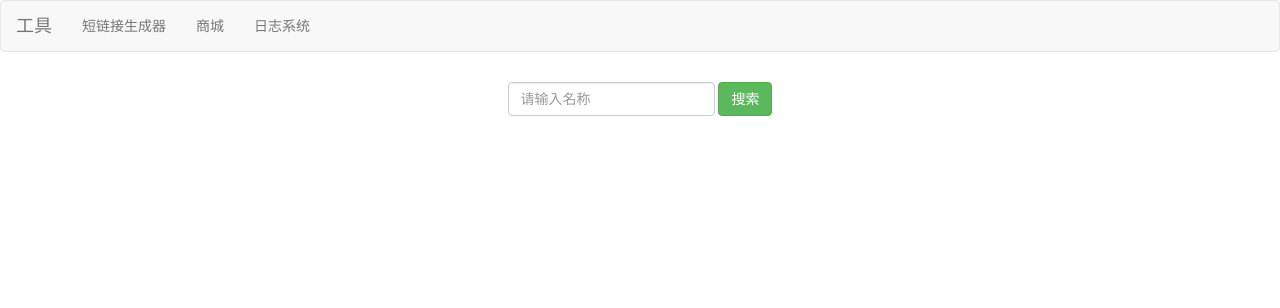
Repository: gwjczwy/CTF-Exercises
Page: http://localhost/tools/
An editor plug-in stored every save of this project. The page is shown before and after the next save, followed by the edit.
The browser window is 1280 px wide. The pictures show the whole page.
The page is served by the project's application, run on Django 2.2 (manage.py).

Above is the page before, as saved 2019-04-29 15:49:39.

After the next save:
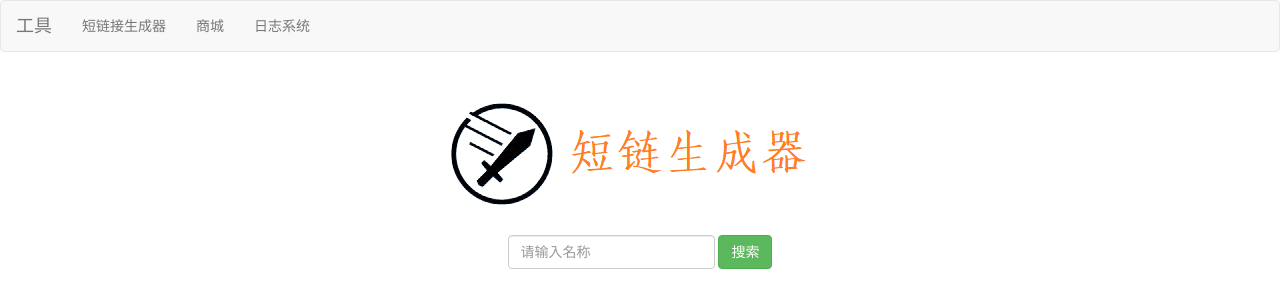
Saved 5 min 52 s later.
--- a/tools/templates/tools/index.html
+++ b/tools/templates/tools/index.html
@@ -2,6 +2,7 @@
 {% include "./head.html" %}
 
 	<div style="text-align: center;">
+		<img style="margin: 30px auto 0;" title="网盘搜索" src="{% static "tools/surl.png" %}">
 		<div style="margin: 30px auto 30px;" class="form-inline" name="searcNhBar">
 				<input id="name" type="text" class="form-control" placeholder="请输入名称">
 				<input type="submit" class="btn btn-success" value="搜索" onclick="send()">
